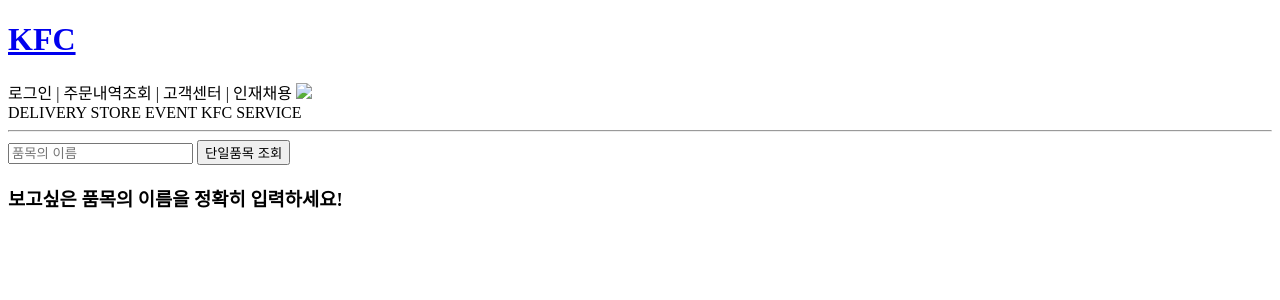
Repository: un-seong/jsp
Page: http://localhost/정운성9A/selectOne.jsp
The author's editor kept a copy of each file at every save. The page is drawn from the files as they stood at one save, then again after the next save.
The browser window is 1280 px wide. The pictures show the whole page.
The page is served by Tomcat 9. Other server files are loaded and not shown. The template is opened directly, without the code that normally fills it, so the values that code supplies are empty.

Above is the page before, as saved 2022-12-23 07:47:33.

### 정운성9A/정운성9A/WebContent/selectOne.jsp
<%@ page language="java" contentType="text/html; charset=UTF-8"
    pageEncoding="UTF-8"%>
<%@ include file="header.jsp" %>

<form method="POST" action="selectOne-action.jsp">
	<input type="text" name="name" placeholder="품목의 이름">
	<input type="submit" value="단일품목 조회">
</form>

<h3>보고싶은 품목의 이름을 정확히 입력하세요!</h3>


</body>
</html>

### 정운성9A/정운성9A/WebContent/header.jsp
<%@ page language="java" contentType="text/html; charset=UTF-8"
    pageEncoding="UTF-8" import="정운성9A.*"%>
<%@ taglib prefix="c" uri="http://java.sun.com/jsp/jstl/core" %>
<c:set var="cpath" value="${pageContext.request.contextPath }" />
<c:set var="dao" value="${KfcDAO.getInstance()}" />
<% request.setCharacterEncoding("UTF-8"); %>




<!DOCTYPE html>
<html>
<head>
<meta charset="UTF-8">
<title>정운성9A</title>
<style>
	.item {
		display: inline-flex;
		margin: 5px 10px;
	}

	p {
		width: 300px;
		text-align: center;
	}

	.item > p:nth-child(2) {
		font-weight: bold;
		font-size: 15px;
	}

	.fullList {
		margin: 30px 15px;
	}

	.menu {
		display: flex;
		flex-direction: column;
	}

	.menu > p {
		margin: 0px;
		width: 55px;
		text-align: center;
	}

	table {
		border-collapse: collapse;
	}

	th, td {
		border: 1px solid black;
		margin: 5px 10px;
		text-align: center;

	}


</style>
</head>
<body>
	<div class="wrap">
		<div class="top">
			<div>
				<h1><a href="index.jsp">KFC</a></h1>
			</div>

			<div>
				<a>로그인 |</a>
				<a>주문내역조회 |</a>
				<a>고객센터 |</a>
				<a>인재채용</a>
				<img src="#">
			</div>

			<div>
				<a>DELIVERY</a>
				<a>STORE</a>
				<a>EVENT</a>
				<a>KFC SERVICE</a>
			</div>
			<hr>
		</div>
	</div>
</body>
</html>

After the next save:
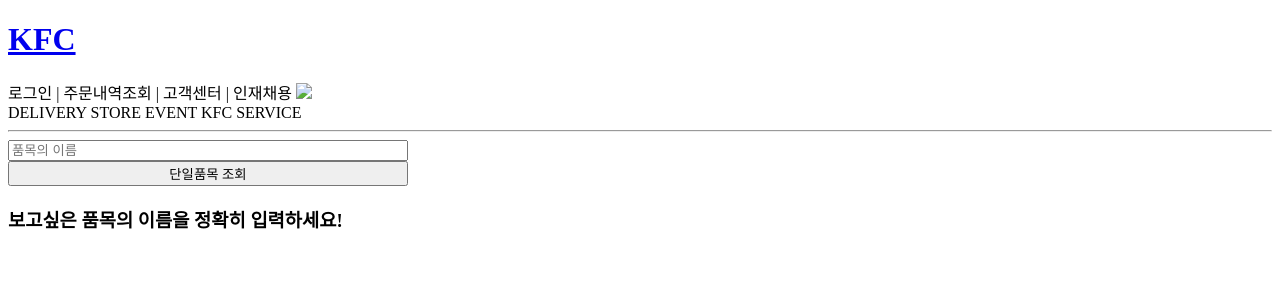
Saved 2 min 45 s later.
--- a/정운성9A/정운성9A/WebContent/header.jsp
+++ b/정운성9A/정운성9A/WebContent/header.jsp
@@ -52,6 +52,12 @@
 		border: 1px solid black;
 		margin: 5px 10px;
 		text-align: center;
+	}
+
+	form {
+		display: flex;
+		flex-direction: column;
+		width: 400px;
 
 	}
 
